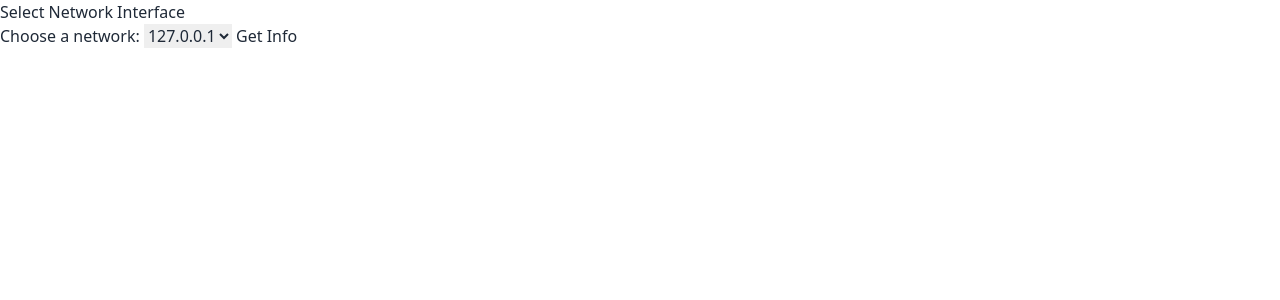
Repository: khulqu15/rov.commander
Page: http://localhost/planner/
These files come from the project's save history. The page is drawn as it stood at one moment and after the next save; the edit follows.
The browser window is 1280 px wide. The pictures show the whole page.
Some web libraries are served in a nearby version. The page is served by the project's application, run on Django 5.2 (manage.py). Other server files are loaded and not shown.

Above is the page before, as saved 2025-02-06 20:56:33.

### templates/index.html
<!DOCTYPE html>
<html lang="en">
<head>
    <meta charset="UTF-8">
    <meta name="viewport" content="width=device-width, initial-scale=1.0">
    <link href="https://cdn.jsdelivr.net/npm/daisyui@4.12.23/dist/full.min.css" rel="stylesheet" type="text/css" />
    <script src="https://cdn.tailwindcss.com"></script>
    <title>Mission Planner App</title>
</head>
<body>

    <h2>Select Network Interface</h2>

    <form method="GET">
        <label for="interface">Choose a network:</label>
        <select name="interface" id="interface">
            {% for interface in interfaces %}
                <option value="{{ interface }}" {% if interface == selected_interface %}selected{% endif %}>{{ interface }}</option>
            {% endfor %}
        </select>
        <button type="submit">Get Info</button>
    </form>

    {% if selected_interface %}
        <div class="result">
            <h3>Selected Network: {{ selected_interface }}</h3>
            <h4>TCP/IP Addresses:</h4>
            <ul>
                {% for ip in tcpIp %}
                    <li>{{ ip }}</li>
                {% endfor %}
            </ul>
            <h4>COM Ports:</h4>
            <ul>
                {% for port in comPorts %}
                    <li>{{ port.device }} - {{ port.description }}</li>
                {% endfor %}
            </ul>
        </div>
    {% endif %}

</body>
</html>

### network/views.py
import socket
import serial.tools.list_ports
from rest_framework.response import Response
from rest_framework.decorators import api_view
from django.shortcuts import render
from django.http import JsonResponse

serial_connection = False

def get_network_interfaces():
    """Mendapatkan daftar interface jaringan yang tersedia"""
    interfaces = set()
    host_name = socket.gethostname()
    for ip in socket.getaddrinfo(host_name, None):
        interfaces.add(ip[4][0])
    return list(interfaces)

@api_view(["GET"])
def get_network_info(request):
    interfaces = get_network_interfaces()
    selected_interface = request.GET.get("interface", None)

    ip_list = []
    com_ports = []

    if selected_interface:
        ip_list = [ip for ip in interfaces if ip == selected_interface]

        ports = list(serial.tools.list_ports.comports())
        com_ports = [{"device": port.device, "description": port.description} for port in ports]

    return render(request, "index.html", {
        "interfaces": interfaces,
        "selected_interface": selected_interface,
        "tcpIp": ip_list,
        "comPorts": com_ports
    })

@api_view(["POST"])
def connect_device(request):
    global serial_connection
    port_name = request.POST.get("port")
    baud_rate = request.POST.get("baud", 9600)
    if not port_name:
        return JsonResponse({"error": "No COM Selected"})
    try:
        serial_connection = serial.Serial(port_name, baudrate=int(baud_rate), timeout=1)
        return("/planner")
    except Exception as e:
        return JsonResponse({"error": str(e)}, status=500)

### missionCore/urls.py
"""
URL configuration for missionCore project.

The `urlpatterns` list routes URLs to views. For more information please see:
    https://docs.djangoproject.com/en/5.1/topics/http/urls/
Examples:
Function views
    1. Add an import:  from my_app import views
    2. Add a URL to urlpatterns:  path('', views.home, name='home')
Class-based views
    1. Add an import:  from other_app.views import Home
    2. Add a URL to urlpatterns:  path('', Home.as_view(), name='home')
Including another URLconf
    1. Import the include() function: from django.urls import include, path
    2. Add a URL to urlpatterns:  path('blog/', include('blog.urls'))
"""
from django.contrib import admin
from django.urls import path, include

urlpatterns = [
    path('admin/', admin.site.urls),
    path('', include('network.urls'))
]

### network/urls.py
from django.urls import path
from .views import get_network_info

urlpatterns = [
    path('planner/', get_network_info, name='planner'),
]

After the next save:
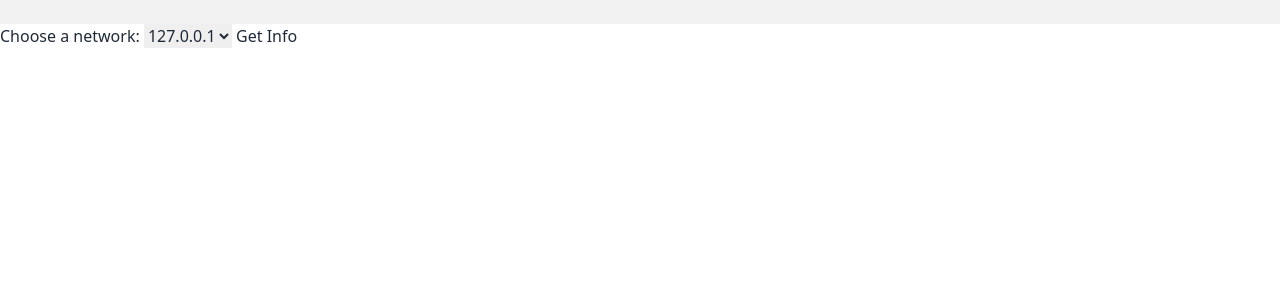
Saved 64 s later.
--- a/templates/index.html
+++ b/templates/index.html
@@ -8,7 +8,7 @@
     <title>Mission Planner App</title>
 </head>
 <body>
-
+    <div class="fixed left-0 w-full p-3 bg-base-200"></div>
     <h2>Select Network Interface</h2>
 
     <form method="GET">
